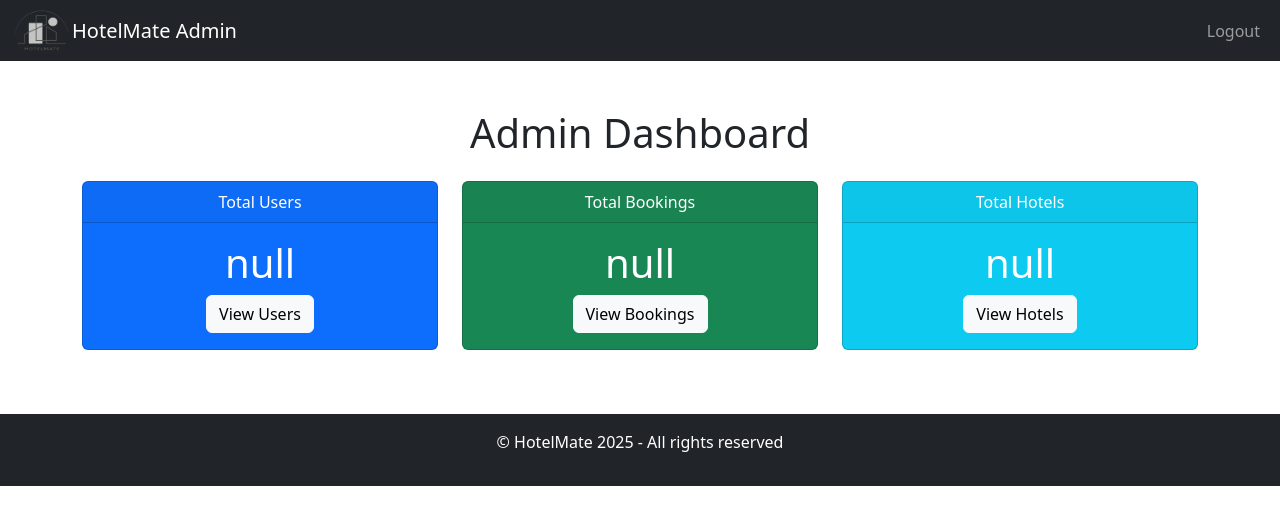
Repository: himanshu2k23/HoteMate
Page: http://localhost/HotelMate/WEB-INF/admin/dashboard.jsp
These files come from the project's save history. The page is drawn as it stood at one moment and after the next save; the edit follows.
The browser window is 1280 px wide. The pictures show the whole page.
The page is served by Tomcat 10. Nobody is signed in. The template is opened directly, without the code that normally fills it, so the values that code supplies are empty.

Above is the page before, as saved 2025-01-17 16:59:48.

After the next save:
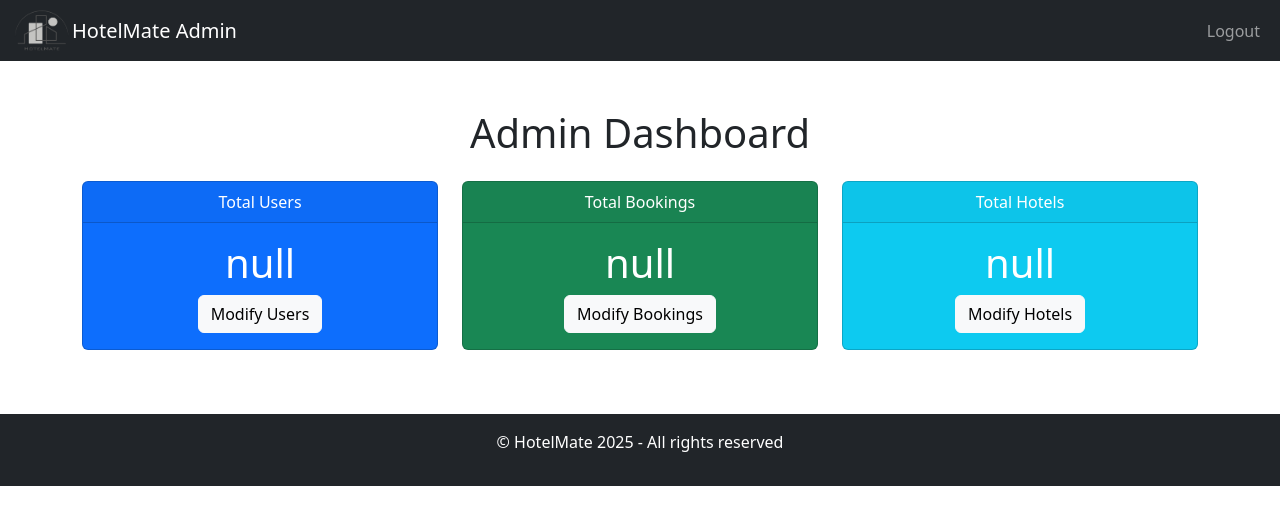
Saved 28 s later.
--- a/HotelMate/src/main/webapp/WEB-INF/admin/dashboard.jsp
+++ b/HotelMate/src/main/webapp/WEB-INF/admin/dashboard.jsp
@@ -39,7 +39,7 @@
 					<div class="card-body text-center">
 						<h1 class="card-title"><%=request.getAttribute("totalUsers")%></h1>
 						<a href="${pageContext.request.contextPath}/admin/users"
-							class="btn btn-light">View Users</a>
+							class="btn btn-light">Modify Users</a>
 					</div>
 				</div>
 			</div>
@@ -49,7 +49,7 @@
 					<div class="card-body text-center">
 						<h1 class="card-title"><%=request.getAttribute("totalBookings")%></h1>
 						<a href="${pageContext.request.contextPath}/admin/bookings"
-							class="btn btn-light">View Bookings</a>
+							class="btn btn-light">Modify Bookings</a>
 					</div>
 				</div>
 			</div>
@@ -59,7 +59,7 @@
 					<div class="card-body text-center">
 						<h1 class="card-title"><%=request.getAttribute("totalHotels")%></h1>
 						<a href="${pageContext.request.contextPath}/admin/hotels"
-							class="btn btn-light">View Hotels</a>
+							class="btn btn-light">Modify Hotels</a>
 					</div>
 				</div>
 			</div>

After the save that followed:
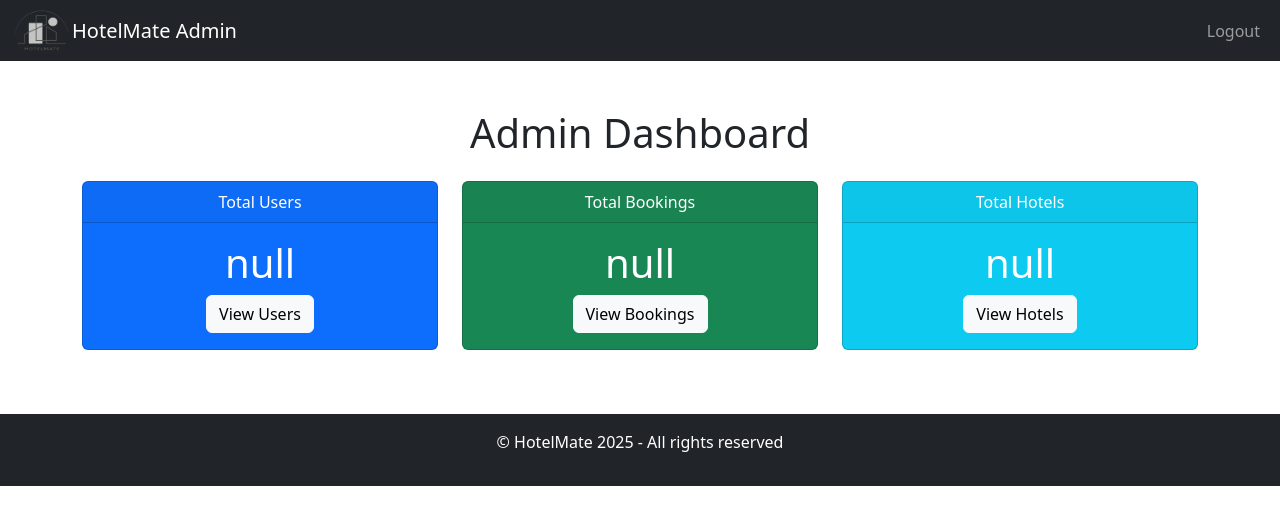
Saved 15 s later.
--- a/HotelMate/src/main/webapp/WEB-INF/admin/dashboard.jsp
+++ b/HotelMate/src/main/webapp/WEB-INF/admin/dashboard.jsp
@@ -39,7 +39,7 @@
 					<div class="card-body text-center">
 						<h1 class="card-title"><%=request.getAttribute("totalUsers")%></h1>
 						<a href="${pageContext.request.contextPath}/admin/users"
-							class="btn btn-light">Modify Users</a>
+							class="btn btn-light">View Users</a>
 					</div>
 				</div>
 			</div>
@@ -49,7 +49,7 @@
 					<div class="card-body text-center">
 						<h1 class="card-title"><%=request.getAttribute("totalBookings")%></h1>
 						<a href="${pageContext.request.contextPath}/admin/bookings"
-							class="btn btn-light">Modify Bookings</a>
+							class="btn btn-light">View Bookings</a>
 					</div>
 				</div>
 			</div>
@@ -59,7 +59,7 @@
 					<div class="card-body text-center">
 						<h1 class="card-title"><%=request.getAttribute("totalHotels")%></h1>
 						<a href="${pageContext.request.contextPath}/admin/hotels"
-							class="btn btn-light">Modify Hotels</a>
+							class="btn btn-light">View Hotels</a>
 					</div>
 				</div>
 			</div>
